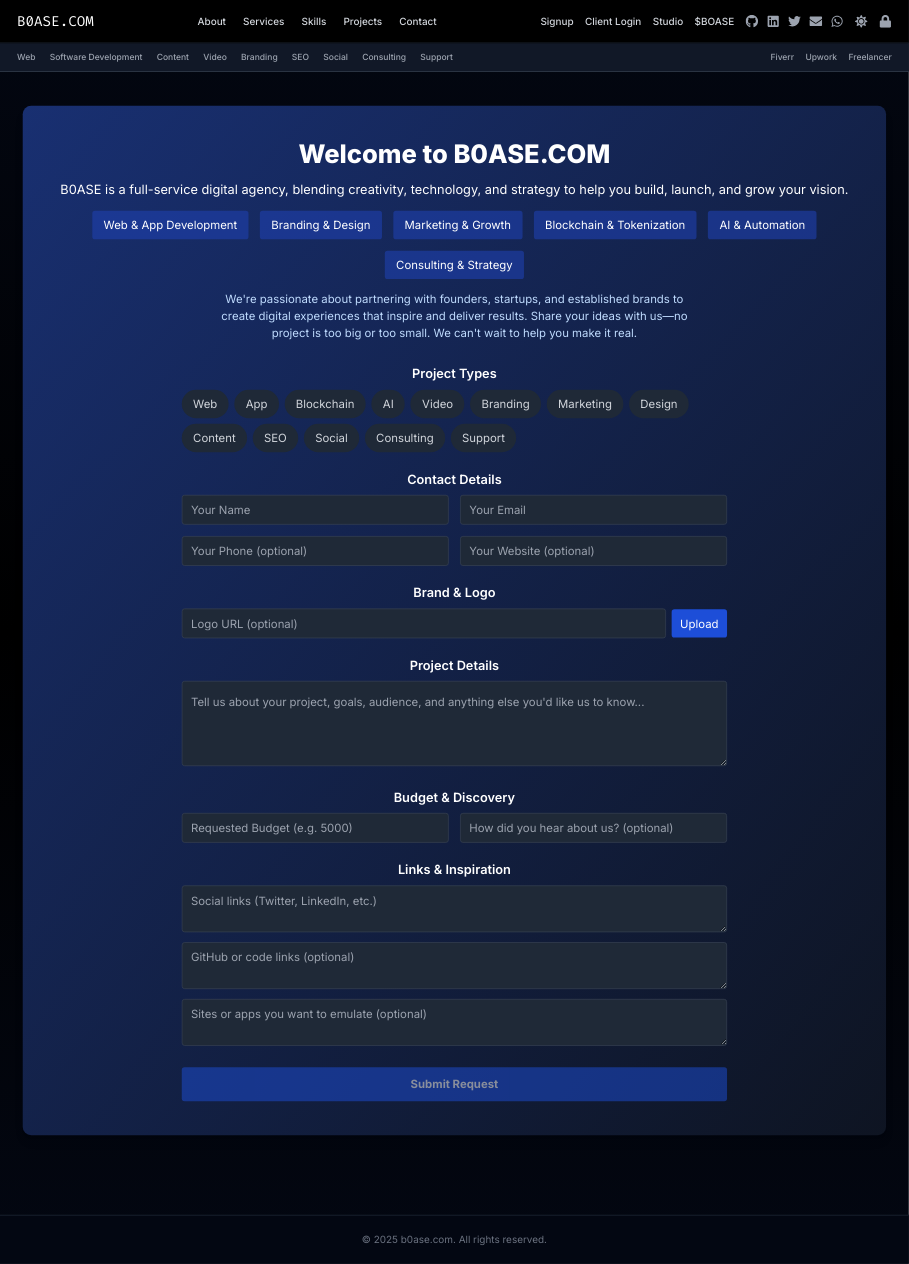
Repository: b0ase/rafskitchen
Page: /signup
An editor plug-in stored every save of this project. The page is shown before and after the next save, followed by the edit.
The browser window is 1280 px wide. The pictures show the whole page, at 71% of full size.
The page's requests for data from a server got no answer. The project was rebuilt for these pictures with package versions that can differ from the ones it lists, and the page was loaded fresh each time. The framework's server and built-in components were replaced by stand-ins that run in the browser. No one was signed in, and anything a server would have sent is missing. Also part of the build but not shown: next.config.js.

Above is the page before, as saved 2025-05-04 11:11:01.

### app/layout.tsx
import type { Metadata } from "next";
// Import both Inter and Fira_Code
import { Inter, Fira_Code } from "next/font/google";
import "./globals.css";
import Header from "./components/Header";
import Footer from "./components/Footer";
// Import new nav components
import ServicesNavigation from "./components/ServicesNavigation";
// Import ThemeProvider
import { ThemeProvider } from "./context/ThemeContext";

// Configure Inter (for default body text)
const inter = Inter({
  subsets: ["latin"],
  display: 'swap',
  variable: '--font-inter', // Variable for Inter
});

// Configure Fira_Code (for specific elements)
const fira_code = Fira_Code({
  subsets: ["latin"],
  display: 'swap',
  variable: '--font-fira-code', // Variable for Fira Code
});

export const metadata: Metadata = {
  title: "B0ASE.COM | Digital Agency",
  description: "B0ASE.COM - Digital Agency specializing in Web Development, Blockchain, Content, Video, and Social Media.",
  openGraph: {
    title: "B0ASE.COM | Digital Agency",
    description: "B0ASE.COM - Digital Agency specializing in Web Development, Blockchain, Content, Video, and Social Media.",
    images: [
      {
        url: "/BoaseLogo.jpg",
        width: 1200,
        height: 630,
        alt: "B0ASE Logo",
      },
    ],
    type: "website",
    siteName: "B0ASE.COM",
  },
  twitter: {
    card: "summary_large_image",
    title: "B0ASE.COM | Digital Agency",
    description: "B0ASE.COM - Digital Agency specializing in Web Development, Blockchain, Content, Video, and Social Media.",
    images: ["/BoaseLogo.jpg"],
  },
};

export default function RootLayout({
  children,
}: {
  children: React.ReactNode;
}) {
  return (
    <html lang="en" suppressHydrationWarning className={`${inter.variable} ${fira_code.variable}`}>
      <head>
        <script
          dangerouslySetInnerHTML={{
            __html: `
              (function() {
                function getInitialTheme() {
                  try {
                    const storedTheme = window.localStorage.getItem('theme');
                    if (storedTheme) return storedTheme;
                    return window.matchMedia('(prefers-color-scheme: dark)').matches ? 'dark' : 'light';
                  } catch (e) {
                    // If localStorage is unavailable (e.g., cookies disabled or SSR)
                    return 'light'; // Default to light theme
                  }
                }
                const theme = getInitialTheme();
                if (theme === 'dark') {
                  document.documentElement.classList.add('dark');
                }
              })();
            `,
          }}
        />
        {/* Other head elements like meta tags will be injected by Next.js here */}
      </head>
      {/* Apply default font (Inter) via font-sans class */}
      <body className={`font-sans`}>
        <ThemeProvider>
          {/* Header and Footer MUST be outside ThemeProvider or siblings to {children} to wrap content */}
          <Header />
          <ServicesNavigation />
          <div className="flex flex-col min-h-screen"> {/* Optional wrapper for main content flex */}
            <main className="flex-grow">
              {children}
            </main>
          </div>
          <Footer />
        </ThemeProvider>
      </body>
    </html>
  );
}

### app/signup/page.tsx
import ClientSignupForm from "../components/ClientSignupForm";

export default function SignupPage() {
  return (
    <div className="w-full max-w-none mx-auto my-12 px-2 md:px-8">
      <section className="w-full bg-gradient-to-br from-blue-900/80 to-gray-900/80 rounded-xl shadow-lg p-4 md:p-12 text-white text-center">
        <h1 className="text-4xl font-extrabold mb-4">Welcome to B0ASE.COM</h1>
        <p className="text-lg mb-4">B0ASE is a full-service digital agency, blending creativity, technology, and strategy to help you build, launch, and grow your vision.</p>
        <ul className="flex flex-wrap justify-center gap-4 text-base mb-4">
          <li className="bg-blue-800/60 px-4 py-2 rounded">Web & App Development</li>
          <li className="bg-blue-800/60 px-4 py-2 rounded">Branding & Design</li>
          <li className="bg-blue-800/60 px-4 py-2 rounded">Marketing & Growth</li>
          <li className="bg-blue-800/60 px-4 py-2 rounded">Blockchain & Tokenization</li>
          <li className="bg-blue-800/60 px-4 py-2 rounded">AI & Automation</li>
          <li className="bg-blue-800/60 px-4 py-2 rounded">Consulting & Strategy</li>
        </ul>
        <p className="text-md text-blue-200 max-w-2xl mx-auto mb-8">We're passionate about partnering with founders, startups, and established brands to create digital experiences that inspire and deliver results. Share your ideas with us—no project is too big or too small. We can't wait to help you make it real.</p>
        <div className="max-w-3xl mx-auto">
          <ClientSignupForm />
        </div>
      </section>
    </div>
  );
}

### app/globals.css
@tailwind base;
@tailwind components;
@tailwind utilities;

body {
  /* Base light theme styles */
  @apply bg-white text-gray-900;
}

/* Define dark mode styles using the 'dark' class applied by ThemeContext */
html.dark body {
   @apply bg-gradient-to-b from-gray-950 via-black to-gray-950 text-gray-300;
}

@layer utilities {
  .text-balance {
    text-wrap: balance;
  }
}

@keyframes pulse-slow {
  0%, 100% { opacity: 1; }
  50% { opacity: 0.4; }
}
.animate-pulse-slow {
  animation: pulse-slow 2.5s cubic-bezier(0.4, 0, 0.6, 1) infinite;
}

### app/components/Header.tsx
'use client';

import Link from 'next/link';
import { useState, useEffect } from 'react';
import { FaGithub, FaLinkedin, FaEnvelope, FaWhatsapp, FaTwitter, FaBars, FaTimes, FaLock } from 'react-icons/fa';
import ThemeToggle from './ThemeToggle';
import { portfolioData } from '@/lib/data';

export default function Header() {
  const [isMobileMenuOpen, setIsMobileMenuOpen] = useState(false);
  const [backendConnected, setBackendConnected] = useState(false);

  // Check backend connection on mount
  useEffect(() => {
    async function checkConnection() {
      try {
        const res = await fetch('/api/clients', { method: 'GET' });
        setBackendConnected(res.ok);
      } catch {
        setBackendConnected(false);
      }
    }
    checkConnection();
  }, []);

  const sectionLinks = [
    { name: 'About', href: '#about' },
    { name: 'Services', href: '#services' },
    { name: 'Skills', href: '#skills' },
    { name: 'Projects', href: '#projects' }, // Combined Projects/Development
    { name: 'Contact', href: '#contact' },
  ];

  const utilityLinks = [
    { name: 'Signup', href: '/signup' },
    { name: 'Client Login', href: '/login' },
    { name: 'Studio', href: '/studio' },
    { name: '$BOASE', href: '/token' },
  ];

  const socialLinks = [
    { Icon: FaGithub, href: 'https://github.com/richardboase' },
    { Icon: FaLinkedin, href: 'https://linkedin.com/in/richardboase' },
    { Icon: FaTwitter, href: 'https://x.com/richardboase' },
    // { Icon: FaYoutube, href: 'https://youtube.com' }, // Example
    { Icon: FaEnvelope, href: 'mailto:richard@b0ase.com' },
    { Icon: FaWhatsapp, href: 'https://wa.me/yourphonenumber' }, // Replace with actual number
  ];

  const toggleMobileMenu = () => {
    setIsMobileMenuOpen(!isMobileMenuOpen);
  };

  // Close menu when a link is clicked (optional, good UX)
  const handleMobileLinkClick = () => {
    setIsMobileMenuOpen(false);
  };

  return (
    <header className="sticky top-0 z-40 w-full bg-white dark:bg-black border-b border-gray-200 dark:border-gray-800 text-black dark:text-white py-4 shadow-sm px-6">
      <div className="flex items-center justify-between">
        {/* Logo - Ensure white/light text in dark mode */}
        <Link
          href="/"
          className="text-xl text-white hover:text-gray-300 transition-colors font-mono flex items-center gap-2"
          onClick={handleMobileLinkClick}
        >
          B0ASE.COM
        </Link>

        {/* Desktop Navigation Links */}
        <nav className="hidden md:flex items-center space-x-6">
          {sectionLinks.map((link) => (
            <Link key={link.name} href={link.href} className="text-sm font-medium text-gray-300 hover:text-white transition-colors">
              {link.name}
            </Link>
          ))}
        </nav>

        {/* Right side container */}
        <div className="flex items-center space-x-4">
          {/* Desktop Utility Links */}
          <div className="hidden md:flex items-center space-x-4">
            {utilityLinks.map((link) => (
              <span key={link.name} className="flex items-center gap-1">
                <Link href={link.href} className="text-sm font-medium text-gray-300 hover:text-white transition-colors">
                  {link.name}
                </Link>
                {/* Show green dot only next to 'New Clients' if connected */}
                {link.name === 'New Clients' && backendConnected && (
                  <span
                    className="ml-1 w-2.5 h-2.5 rounded-full bg-green-500 animate-pulse-slow border border-green-700"
                    title="Backend connected"
                    aria-label="Backend connected"
                  />
                )}
              </span>
            ))}
          </div>

          {/* Social Icons and Theme Toggle Container */}
          <div className="flex items-center space-x-3">
            {socialLinks.map((link, index) => (
              <a key={index} href={link.href} target="_blank" rel="noopener noreferrer" className="text-gray-400 hover:text-white transition-colors">
                <link.Icon size={18} />
              </a>
            ))}
            <ThemeToggle />
            {/* Admin Link (padlock icon) */}
            <Link href="/admin" aria-label="Admin Dashboard" className="text-gray-400 hover:text-blue-400 transition-colors ml-2">
              <FaLock size={18} />
            </Link>
          </div>

          {/* Mobile Menu Button */}
          <div className="md:hidden">
            <button onClick={toggleMobileMenu} aria-label="Toggle menu" className="text-gray-300 hover:text-white focus:outline-none">
              {isMobileMenuOpen ? <FaTimes size={20} /> : <FaBars size={20} />}
            </button>
          </div>
        </div>
      </div>

      {/* Mobile Menu Dropdown - Apply dark class explicitly? Maybe not needed if body handles it */}
      {isMobileMenuOpen && (
        <div className="md:hidden absolute top-full left-0 w-full bg-gray-900 dark:bg-gray-900 border-t border-gray-800 dark:border-gray-800 shadow-lg py-4 px-4">
           {/* Ensure links have dark styles */}
          <nav className="flex flex-col space-y-3 mb-4">
            {sectionLinks.map((link) => (
              <Link key={`mobile-${link.name}`} href={link.href} className="block text-base font-medium text-gray-300 hover:text-white transition-colors" onClick={handleMobileLinkClick}>
                {link.name}
              </Link>
            ))}
            {/* Admin Link (padlock icon) in mobile menu */}
            <Link href="/admin" aria-label="Admin Dashboard" className="block text-base font-medium text-gray-300 hover:text-blue-400 transition-colors mt-2" onClick={handleMobileLinkClick}>
              <span className="inline-flex items-center gap-2"><FaLock size={16} /> Admin</span>
            </Link>
          </nav>
          <div className="border-t border-gray-700 dark:border-gray-700 pt-4 flex flex-col space-y-3">
             {utilityLinks.map((link) => (
              <Link key={`mobile-${link.name}`} href={link.href} className="block text-base font-medium text-gray-300 hover:text-white transition-colors" onClick={handleMobileLinkClick}>
                {link.name}
              </Link>
            ))}
          </div>

          {/* Service Links */}
          <div className="border-t border-gray-200 dark:border-gray-700 pt-4 flex flex-col space-y-3 mb-4">
             <span className="px-1 py-1 text-xs font-semibold text-gray-500 dark:text-gray-400 uppercase">Services</span>
             {portfolioData.services.map((service) => (
                <Link key={`mobile-service-${service.slug}`} href={`/services/${service.slug}`} className="block text-base font-medium text-gray-700 dark:text-gray-300 hover:text-black dark:hover:text-white transition-colors" onClick={handleMobileLinkClick}>
                  {service.title}
                </Link>
             ))}
          </div>
        </div>
      )}
    </header>
  );
}

### app/components/Footer.tsx
'use client';

import React from 'react';

export default function Footer() {
  const currentYear = new Date().getFullYear();

  return (
    <footer className="bg-gray-950 border-t border-gray-800 mt-16 py-6">
      <div className="container mx-auto px-4 text-center text-gray-500 text-sm">
        <p>&copy; {currentYear} b0ase.com. All rights reserved.</p>
        {/* Optional: Add links to privacy policy, terms, etc. */}
      </div>
    </footer>
  );
}

### app/components/ServicesNavigation.tsx
'use client';

import React from 'react';
import Link from 'next/link';
import { portfolioData } from '@/lib/data'; // Using alias path

// Mapping from service slug to short display name
const shortServiceTitles: { [key: string]: string } = {
  "web-development": "Web",
  "content-copywriting": "Content",
  "video-production": "Video",
  "logo-branding": "Branding",
  "photography": "Photo",
  "seo-marketing": "SEO",
  "social-media-management": "Social",
  "technical-consulting": "Consulting",
  "support-maintenance": "Support",
};

export default function ServicesNavigation() {
  const services = portfolioData.services;
  // Extract platform links from portfolioData
  const { fiverr, upwork, freelancer } = portfolioData.about.socials;
  const platformLinks = [
    { name: 'Fiverr', href: fiverr, target: '_blank' },
    { name: 'Upwork', href: upwork, target: '_blank' },
    { name: 'Freelancer', href: freelancer, target: '_blank' },
  ].filter(link => link.href); // Filter out any potentially missing links

  // Estimate header height (py-4 is likely around 68px-76px)
  // const headerHeight = '72px'; // This is no longer used

  return (
    // Hidden on mobile, shown on desktop
    <nav
      className="hidden md:flex sticky top-[60px] z-30 w-full bg-gray-100 dark:bg-gray-900 border-b border-gray-300 dark:border-gray-700 shadow-sm px-6 items-center h-10" // Added items-center and h-10 here
    >
      {/* Wrapper div for justify-between */}
      <div className="flex justify-between items-center w-full">
        {/* Left side: Service links */}
        <div className="flex justify-start items-center space-x-5">
          {services.map((service) => (
            <Link
              key={service.slug}
              href={`/services/${service.slug}`}
              className="text-xs font-medium text-gray-600 dark:text-gray-400 hover:text-black dark:hover:text-white transition-colors whitespace-nowrap"
            >
              {/* Use short title from map, fallback to original title */}
              {shortServiceTitles[service.slug] || service.title}
            </Link>
          ))}
        </div>

        {/* Right side: Platform links */}
        <div className="flex items-center space-x-4">
           {platformLinks.map((link) => (
             <a
                key={link.name}
                href={link.href}
                target={link.target}
                rel="noopener noreferrer"
                className="text-xs font-medium text-gray-600 dark:text-gray-400 hover:text-black dark:hover:text-white transition-colors whitespace-nowrap"
             >
               {link.name}
             </a>
           ))}
        </div>
      </div>
    </nav>
  );
}

### app/context/ThemeContext.tsx
'use client';

import React, { createContext, useState, useEffect, useContext, ReactNode, useCallback } from 'react';

type Theme = 'light' | 'dark';

interface ThemeContextProps {
  theme: Theme;
  toggleTheme: () => void;
  isMounted: boolean; // Add flag to indicate when client-side logic has run
}

const ThemeContext = createContext<ThemeContextProps | undefined>(undefined);

interface ThemeProviderProps {
  children: ReactNode;
}

export const ThemeProvider: React.FC<ThemeProviderProps> = ({ children }) => {
  const [theme, setTheme] = useState<Theme>('dark'); // Default theme
  const [isMounted, setIsMounted] = useState(false); // Track mount status

  // Function to apply theme to the document root
  const applyTheme = useCallback((selectedTheme: Theme) => {
    const root = document.documentElement;
    root.classList.remove('light', 'dark');
    root.classList.add(selectedTheme);
  }, []);

  useEffect(() => {
    setIsMounted(true); // Indicate component has mounted
    let initialTheme: Theme = 'dark'; // Default to dark

    try {
      const storedTheme = localStorage.getItem('theme') as Theme | null;
      const prefersDark = window.matchMedia && window.matchMedia('(prefers-color-scheme: dark)').matches;
      initialTheme = storedTheme || (prefersDark ? 'dark' : 'dark'); // Prefer stored, then system, then default dark
    } catch (e) {
      console.error("Could not access localStorage or window.matchMedia", e);
      // Keep default theme if localStorage/window access fails
    }

    setTheme(initialTheme);
    applyTheme(initialTheme);

  }, [applyTheme]); // Include applyTheme dependency

  const toggleTheme = () => {
    if (!isMounted) return; // Prevent toggle before mount

    setTheme(prevTheme => {
        const newTheme = prevTheme === 'light' ? 'dark' : 'light';
        try {
            localStorage.setItem('theme', newTheme);
        } catch (e) {
            console.error("Could not save theme to localStorage", e);
        }
        applyTheme(newTheme);
        return newTheme;
    });
  };

  // Return provider, pass isMounted state
  return (
    <ThemeContext.Provider value={{ theme, toggleTheme, isMounted }}>
      {children}
    </ThemeContext.Provider>
  );
};

export const useTheme = (): ThemeContextProps => {
  const context = useContext(ThemeContext);
  if (context === undefined) {
    throw new Error('useTheme must be used within a ThemeProvider');
  }
  return context;
};

### app/components/ThemeToggle.tsx
'use client';

import React from 'react';
import { useTheme } from '../context/ThemeContext';
import { FaSun, FaMoon } from 'react-icons/fa';

export default function ThemeToggle() {
  const { theme, toggleTheme, isMounted } = useTheme();

  // Avoid rendering toggle based on initial state before mount
  if (!isMounted) {
    // Render a placeholder or null during server render/hydration
    // to avoid mismatch between server and client initial theme
    return <div className="w-6 h-6"></div>; // Placeholder with same size as button
  }

  return (
    <button
      onClick={toggleTheme}
      className="p-1 rounded-md text-gray-400 hover:text-white hover:bg-gray-700 transition-colors duration-200 focus:outline-none focus:ring-2 focus:ring-offset-2 focus:ring-offset-gray-900 focus:ring-white"
      aria-label={theme === 'light' ? 'Switch to dark mode' : 'Switch to light mode'}
    >
      {theme === 'light' ? <FaMoon size={18} /> : <FaSun size={18} />}
    </button>
  );
}

Loaded but not shown: tailwind.config.js (25 lines, source omitted); lib/data.ts (350 lines, source omitted); app/components/ClientSignupForm.tsx (162 lines, source omitted)

After the next save:
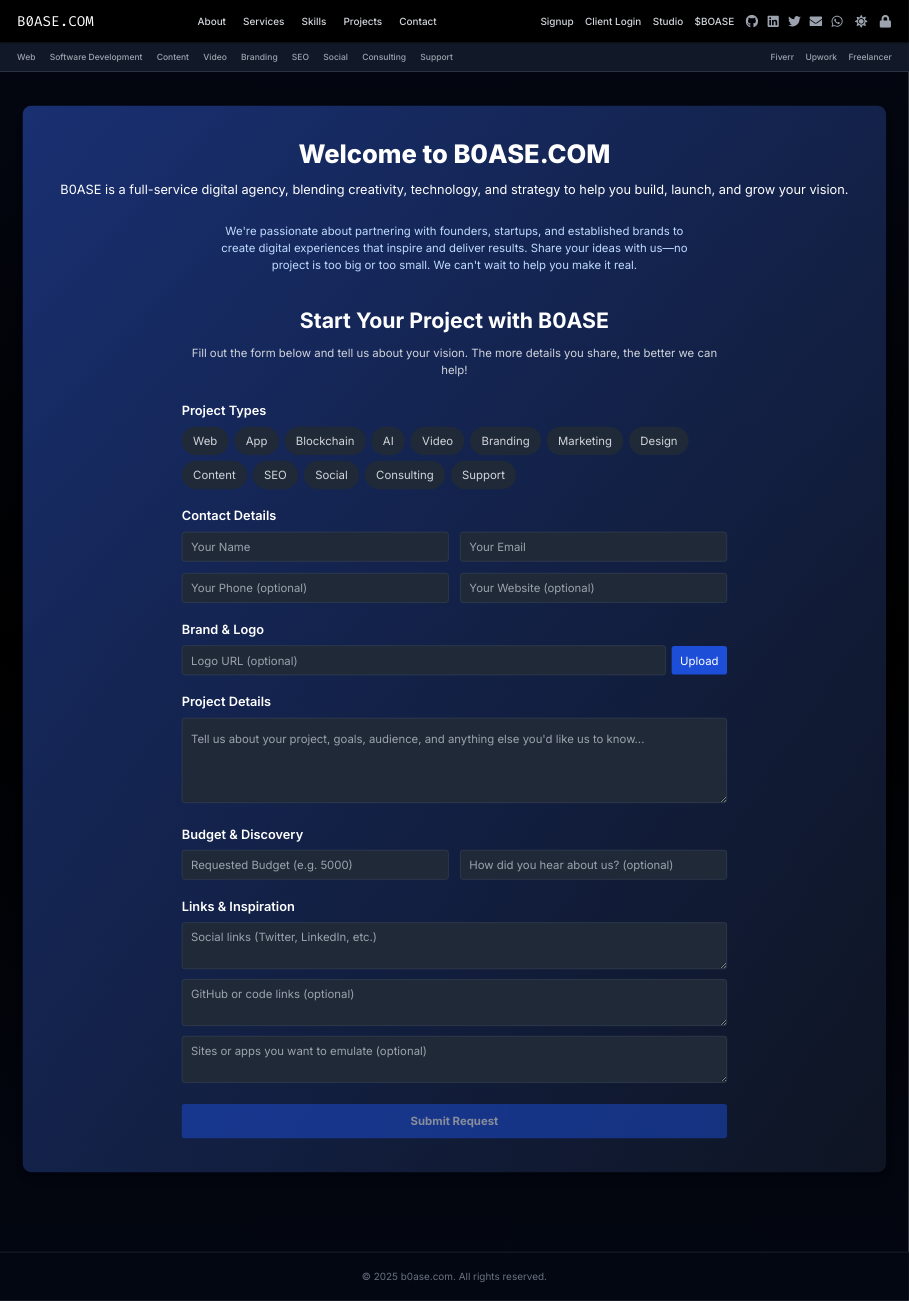
Saved 12 s later.
--- a/app/signup/page.tsx
+++ b/app/signup/page.tsx
@@ -3,19 +3,18 @@
 export default function SignupPage() {
   return (
     <div className="w-full max-w-none mx-auto my-12 px-2 md:px-8">
-      <section className="w-full bg-gradient-to-br from-blue-900/80 to-gray-900/80 rounded-xl shadow-lg p-4 md:p-12 text-white text-center">
-        <h1 className="text-4xl font-extrabold mb-4">Welcome to B0ASE.COM</h1>
-        <p className="text-lg mb-4">B0ASE is a full-service digital agency, blending creativity, technology, and strategy to help you build, launch, and grow your vision.</p>
-        <ul className="flex flex-wrap justify-center gap-4 text-base mb-4">
-          <li className="bg-blue-800/60 px-4 py-2 rounded">Web & App Development</li>
-          <li className="bg-blue-800/60 px-4 py-2 rounded">Branding & Design</li>
-          <li className="bg-blue-800/60 px-4 py-2 rounded">Marketing & Growth</li>
-          <li className="bg-blue-800/60 px-4 py-2 rounded">Blockchain & Tokenization</li>
-          <li className="bg-blue-800/60 px-4 py-2 rounded">AI & Automation</li>
-          <li className="bg-blue-800/60 px-4 py-2 rounded">Consulting & Strategy</li>
-        </ul>
-        <p className="text-md text-blue-200 max-w-2xl mx-auto mb-8">We're passionate about partnering with founders, startups, and established brands to create digital experiences that inspire and deliver results. Share your ideas with us—no project is too big or too small. We can't wait to help you make it real.</p>
+      <section className="w-full bg-gradient-to-br from-blue-900/80 to-gray-900/80 rounded-xl shadow-lg p-4 md:p-12 text-white">
+        <div className="text-center mb-12">
+          <h1 className="text-4xl font-extrabold mb-4">Welcome to B0ASE.COM</h1>
+          <p className="text-lg mb-8">B0ASE is a full-service digital agency, blending creativity, technology, and strategy to help you build, launch, and grow your vision.</p>
+          <p className="text-md text-blue-200 max-w-2xl mx-auto">We're passionate about partnering with founders, startups, and established brands to create digital experiences that inspire and deliver results. Share your ideas with us—no project is too big or too small. We can't wait to help you make it real.</p>
+        </div>
+
         <div className="max-w-3xl mx-auto">
+          <h2 className="text-3xl font-bold mb-4 text-center">Start Your Project with B0ASE</h2>
+          <p className="text-gray-300 text-center mb-8">
+            Fill out the form below and tell us about your vision. The more details you share, the better we can help!
+          </p>
           <ClientSignupForm />
         </div>
       </section>
